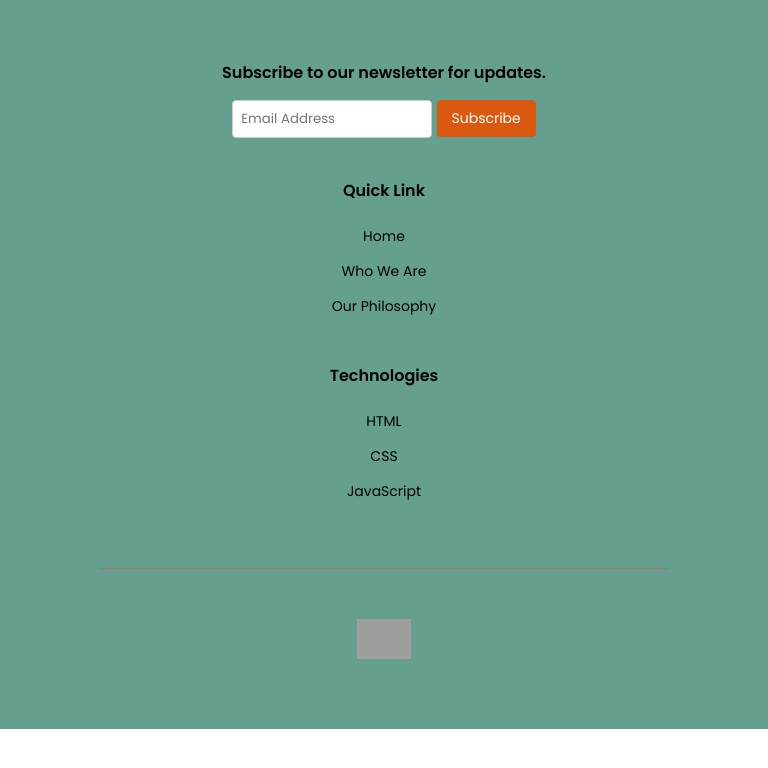
Repository: andajonas/Module_08_ANDJON25111_fto2502_A2_Anda-Jonas_SDF04
Page: index.html
These files come from the project's save history. The page is drawn as it stood at one moment and after the next save; the edit follows.
The browser window is 768 px wide. The pictures show the whole page.
Pictures or frames that could not be fetched are drawn as grey boxes.

Above is the page before, as saved 2025-03-21 10:40:43.

### index.html
<!DOCTYPE html>
<html lang="en">
<head>
    <meta charset="UTF-8">
    <meta name="viewport" content="width=device-width, initial-scale=1.0">
    <title>Footer Preview</title>
    <link rel="stylesheet" href="styles.css"> <!-- Linking the external CSS file -->
</head>
<body>

    <footer>
        <div class="container">
            <div class="row">
                <div class="footer-col">
                    <h3>Subscribe to our newsletter for updates.</h3>
                    <input type="email" placeholder="Email Address">
                    <button type="submit">Subscribe</button>
                </div>
                <div class="footer-col">
                    <h3>Quick Link</h3>
                    <ul>
                        <li><a href="#">Home</a></li>
                        <li><a href="#">Who We Are</a></li>
                        <li><a href="#">Our Philosophy</a></li>
                    </ul>
                </div>
                <div class="footer-col">
                    <h3>Technologies</h3>
                    <ul>
                        <li><a href="#">HTML</a></li>
                        <li><a href="#">CSS</a></li>
                        <li><a href="#">JavaScript</a></li>
                    </ul>
                </div>
            </div>

            <!-- Horizontal Line -->
            <hr class="footer-line">

            <!-- Logo at the Bottom -->
            <div class="footer-logo">
                <a href="#">
                    <img src="https://codespace-assets.global.ssl.fastly.net/wp/assets/website/codespace-primary-logo-light.svg"
                         alt="CodeSpace Logo">
                </a>
            </div>
        </div>
    </footer>

</body>
</html>

### styles.css
@import url('https://fonts.googleapis.com/css2?family=Poppins:wght@300;400;500;600;700&display=swap');

* {
    padding: 0;
    margin: 0;
    box-sizing: border-box;
    font-family: "Poppins", sans-serif;
}


footer .container {
    background: #659f8f;
    padding: 50px 100px;
}

/* Footer Layout */
.row {
    display: flex;
    justify-content: space-between;
    align-items: flex-start;
}

/* Footer Columns */
.footer-col {
    flex: 1;
    padding: 10px;
}

/* Footer Headings */
.footer-col h3 {
    margin-bottom: 15px;
    font-size: 16px;
    font-weight: 600;
    color: black;
}

/* Footer Links */
.footer-col ul {
    list-style: none;
}

.footer-col ul li {
    padding: 5px 0;
}

.footer-col ul li a {
    color: black;
    text-decoration: none;
    font-size: 14px;
}

/* Form Styling */
.footer-col input {
    border: 1px solid #ccc;
    padding: 8px;
    width: 200px;
    border-radius: 4px;
}

.footer-col button {
    background-color: #e35407ee;
    color: white;
    border: none;
    padding: 8px 15px;
    border-radius: 4px;
    font-size: 14px;
    cursor: pointer;
}

/* Horizontal Line */
.footer-line {
    border: none;
    height: 1px;
    background: #a67b5b;
    margin: 30px 0;
}

/* Footer Logo */
.footer-logo {
    display: flex;
    justify-content: flex-start;
    padding: 20px 0;
}

.footer-logo img {
    height: 40px;
    display: block;
}

.row {
    display: flex;
    justify-content: space-between;
    align-items: flex-start;
}

/* Responsive for iPad (Width: 768px) */
@media screen and (max-width: 768px) {
    .row {
        flex-direction: column; /* Stack columns vertically */
        align-items: center; /* Center items */
        text-align: center; /* Align text */
    }

    .footer-col {
        margin-bottom: 20px; /* Add spacing between sections */
    }

    .footer-logo {
        justify-content: center; /* Keep the logo centered */
    }
}

/* Responsive for iPhone (Width: 375px) */
@media screen and (max-width: 375px) {
    .row {
        flex-direction: column; /* Stack items vertically */
        align-items: center; /* Center content */
        text-align: center;
    }

    .footer-col {
        width: 100%; /* Make columns take full width */
        margin-bottom: 15px;
    }

    .footer-col input {
        width: 90%; /* Adjust input width */
    }

    .footer-logo {
        justify-content: center; /* Keep the logo centered */
    }

    .footer-logo img {
        height: 30px; /* Reduce logo size for small screens */
    }
}

After the next save:
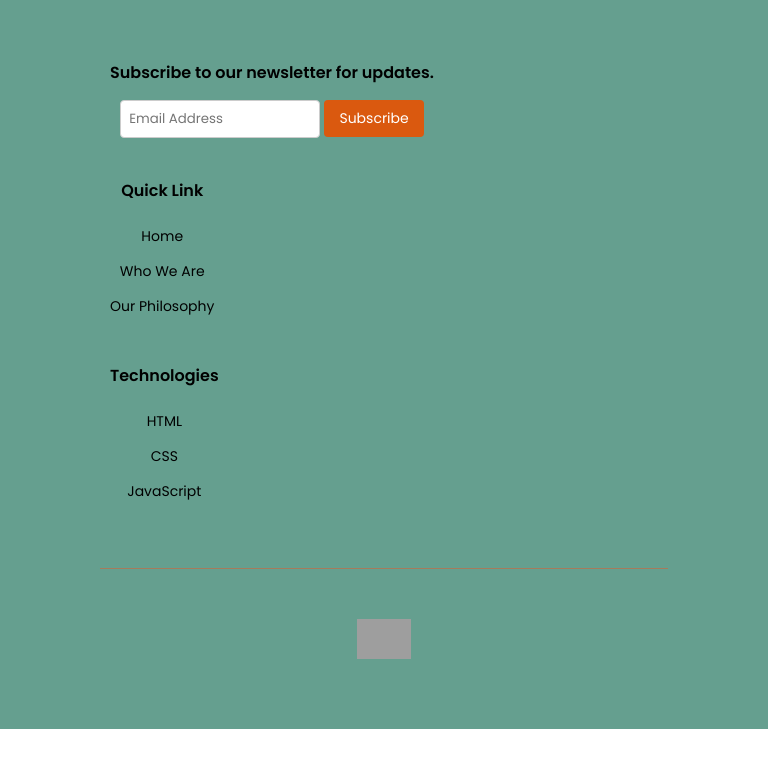
Saved 6 s later.
--- a/styles.css
+++ b/styles.css
@@ -96,7 +96,7 @@
 /* Responsive for iPad (Width: 768px) */
 @media screen and (max-width: 768px) {
     .row {
-        flex-direction: column; /* Stack columns vertically */
+        flex-direction: column; /
         align-items: center; /* Center items */
         text-align: center; /* Align text */
     }

After the 4 saves that followed:
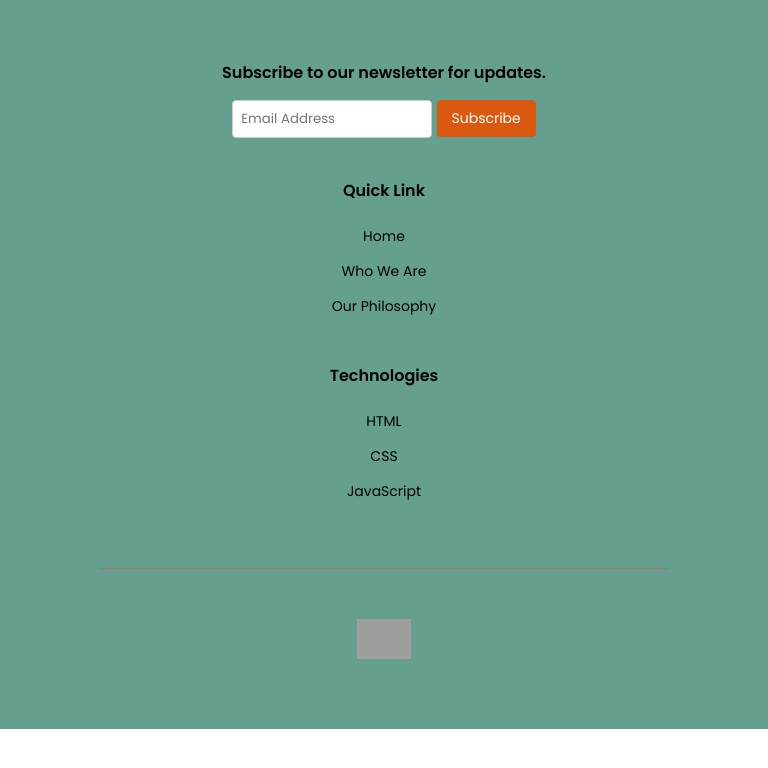
The 4 saves are shown as one change because they came seconds apart.
The last was saved 12 s later.
--- a/styles.css
+++ b/styles.css
@@ -96,13 +96,13 @@
 /* Responsive for iPad (Width: 768px) */
 @media screen and (max-width: 768px) {
     .row {
-        flex-direction: column; /
-        align-items: center; /* Center items */
-        text-align: center; /* Align text */
+        flex-direction: column;
+        align-items: center;
+        text-align: center;
     }
 
     .footer-col {
-        margin-bottom: 20px; /* Add spacing between sections */
+        margin-bottom: 20px;
     }
 
     .footer-logo {
